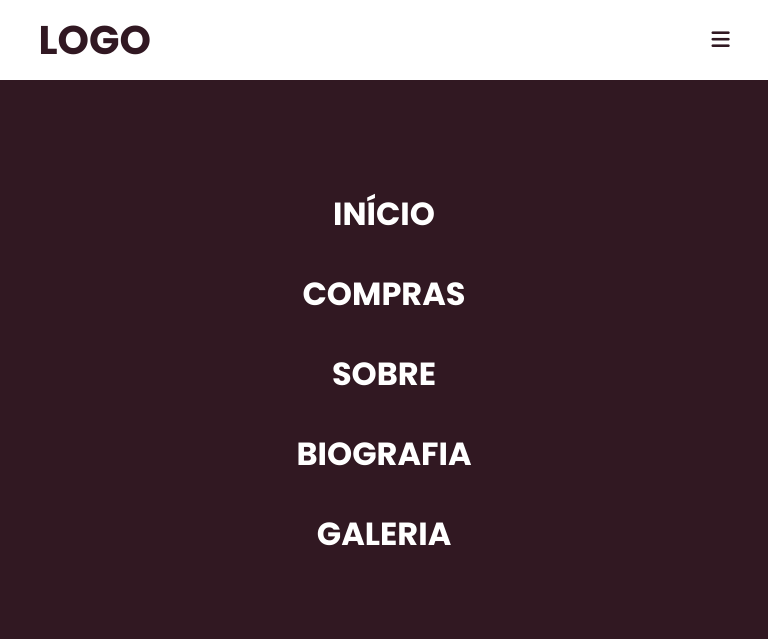
Repository: Matheus904-12/Teste
Page: teste.html
The author's editor kept a copy of each file at every save. The page is drawn from the files as they stood at one save, then again after a run of saves.
The browser window is 768 px wide. The pictures show the whole page.
Some web libraries are served in a nearby version.

Above is the page before, as saved 2023-11-01 10:24:28.

### teste.html
<!DOCTYPE html>
<html lang="en">
<head>
    <meta charset="UTF-8">
    <meta name="viewport" content="width=device-width, initial-scale=1.0">
    <title>Document</title>
    <link rel="stylesheet" href="css.css">
    <link rel="stylesheet" href="https://cdnjs.cloudflare.com/ajax/libs/font-awesome/6.4.0/css/all.min.css">
    <script src="https://cdn.jsdelivr.net/npm/gsap@3.12.2/dist/gsap.min.js"></script>
</head>
<body>
    <header>
        <div class="logo">
            Logo
        </div>
        <nav>
            <ul class="menu">
                <li><a href="#">Início</a></li>
                <li><a href="#">Compras</a></li>
                <li><a href="#">Sobre</a></li>
                <li><a href="#">Biografia</a></li>
                <li><a href="#">Galeria</a></li>
            </ul>
            <i class="fa-solid fa-bars" id="toggle"></i>
        </nav>
    </header>
</body>
</html>

### css.css
@import url('https://fonts.googleapis.com/css?family=Poppins:ital,wght@0,100;0,200;0,300;0,400;0,500;0,600;0,700;0,800;0,900;1,100;1,200;1,300;1,400;1,500;1,600;1,700;1,800;1,900&display=swap');

*{
    margin: 0;
    padding: 0;
    box-sizing: border-box;
    list-style: none;
    text-decoration: none;
    font-family: "Poppins", sans-serif;
}

body {
    min-height: 100vh;
    min-width: 400px;
    overflow: hidden;
}

header {
    display: flex;
    align-items: center;
    justify-content: flex-end;
    width: 100%;
    height: 80px;
    padding: 0 5%;
    color: #311822;
    font-size: 18px;
}

header .logo {
    color:#311822;
    font-size: 2.5rem;
    font-weight: 700;
    text-transform: uppercase;
    margin-right: auto;
}

header nav {
    display: flex;
    align-items: center;
}

header nav .menu {
    display: flex;
    align-items:center;
}

header nav .menu li a {
    position: relative;
    color:#311822;
    font-size: 1rem;
    font-weight: 600;
    margin-left: 40px;
    border-radius: 0.4rem;
    transition: color 0.4s ease;
}

header nav .menu li a:hover {
    color: #fff
}

header nav #toggle {
    font-size: 1.3rem;
    margin-left: 80px;
    cursor: pointer;
}

@media (max-width:800px) {
    .home {
        min-width: 390px;
    }
    .home h1 {
        margin-top: 5px;
        font-size: 4rem;
        font-weight: 700;
    }
    .home h2 {
        margin-top: 10px;
    }
    header nav .menu{
        flex-direction: column;
        row-gap: 2rem;
        position: absolute;
        left: -00%;
        top: 80px;
        width: 100%;
        padding-top: 110px;
        background: #311822;
        height: calc(100vh - 80px);
        z-index: 10;
        transition: left 0.4s ease;
    }
    header nav .menu li a {
        margin-left: unset;
        font-size: 2rem;
        font-weight: 700;
        text-transform: uppercase;
        color: #ffffff;
        width: 250px;
        height: 60px;
    }
}

After the next 3 saves:
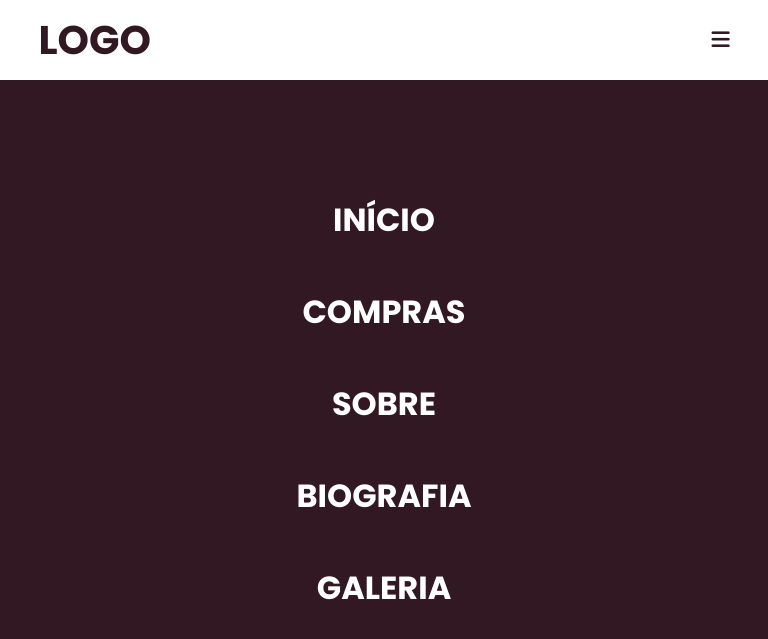
The 3 saves are shown as one change because they came seconds apart.
The last was saved 8 s later.
--- a/css.css
+++ b/css.css
@@ -97,5 +97,6 @@ header nav #toggle {
         color: #ffffff;
         width: 250px;
         height: 60px;
+        line-height: 60px;
     }
 }
